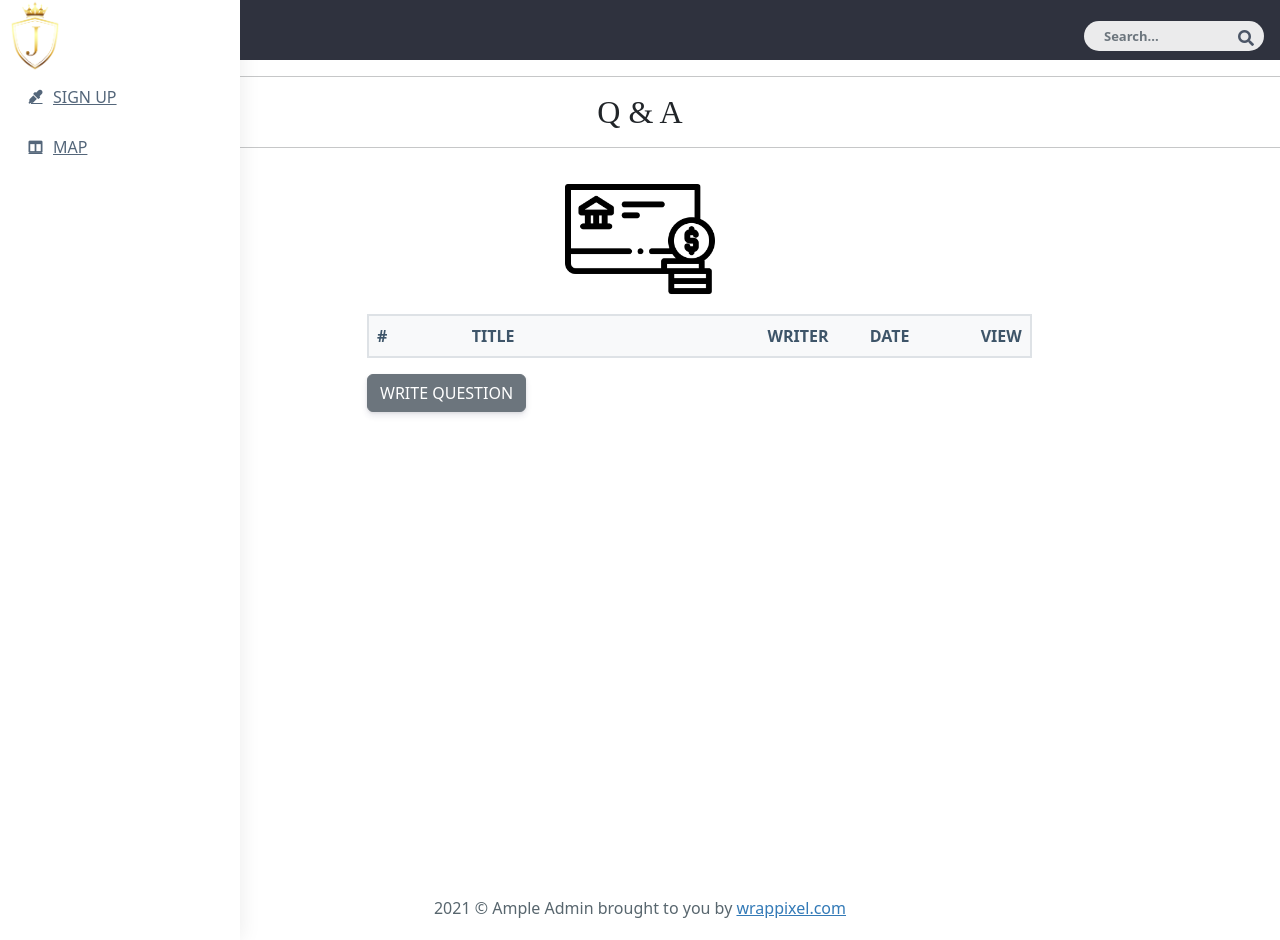
Repository: chopilyeon/HanaOpenBanking
Page: http://localhost/OpenBanking/jsp/board/boardList.jsp
These files come from the project's save history. The page is drawn as it stood at one moment and after the next save; the edit follows.
The browser window is 1280 px wide. The pictures show the whole page.
Some web fonts or font styles are not loaded; a fallback is used. The page is served by Tomcat 9.

Above is the page before, as saved 2022-07-30 17:06:05.
Console error: TypeError: Cannot read properties of null (reading 'querySelector')

After the next save:
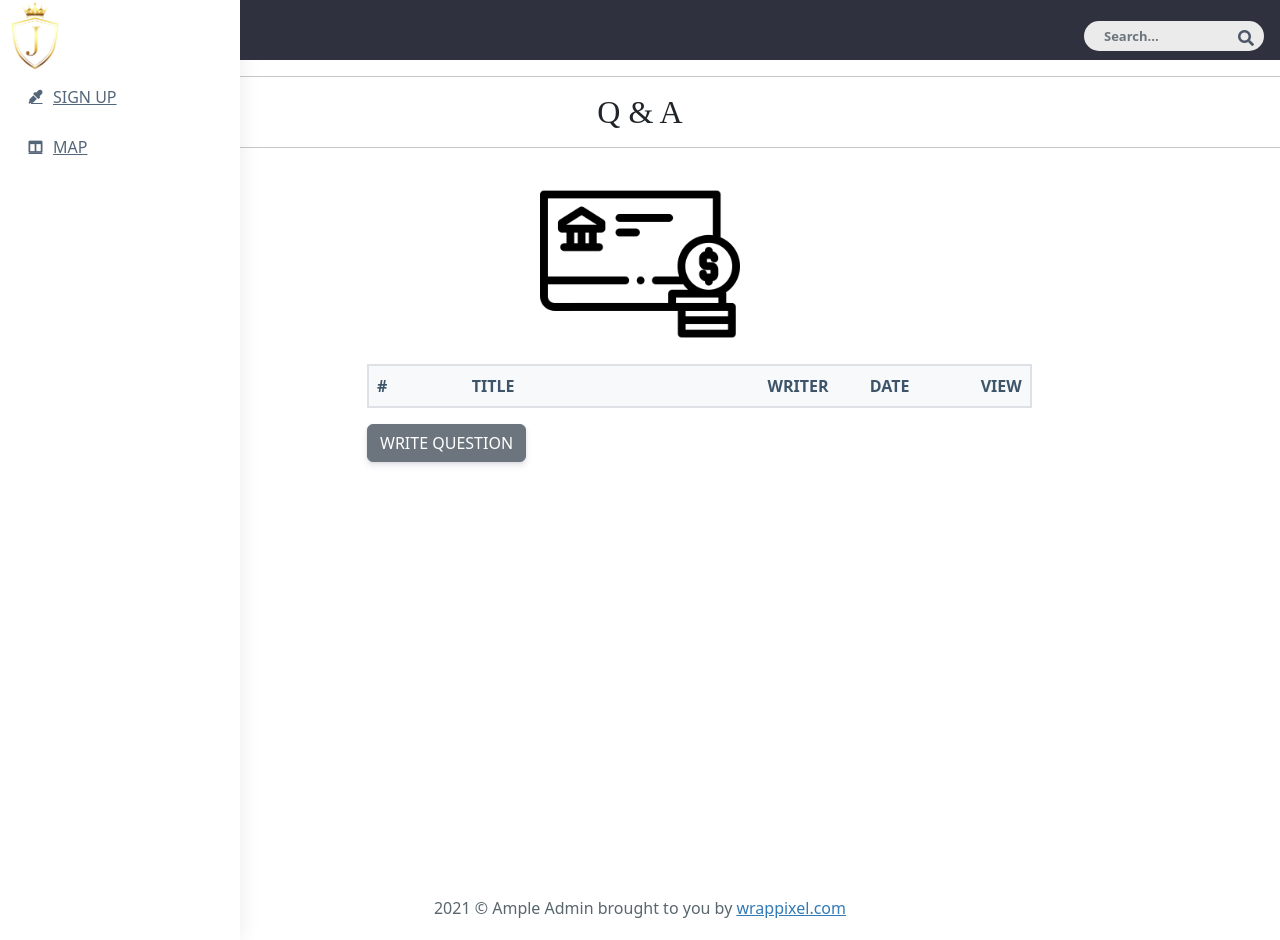
Saved 109 s later.
--- a/OpenBanking/src/main/webapp/jsp/board/boardList.jsp
+++ b/OpenBanking/src/main/webapp/jsp/board/boardList.jsp
@@ -72,7 +72,7 @@
 		<h2 class="text-center">Q & A </h2>
 	<hr>
 	<div class="d-flex justify-content-center">
-		<img src="/OpenBanking/resources/images/bank.png" width="150" alt="homepage" />
+		<img src="/OpenBanking/resources/images/bank.png" width="200" alt="homepage" />
 	</div>
 	<c:if test="${userVO.type eq 'U' }">
 		<button type="button" class="btn btn-secondary" onclick="location.href='${pageContext.request.contextPath}/board/writeForm.do';">WRITE QUESTION</button>
